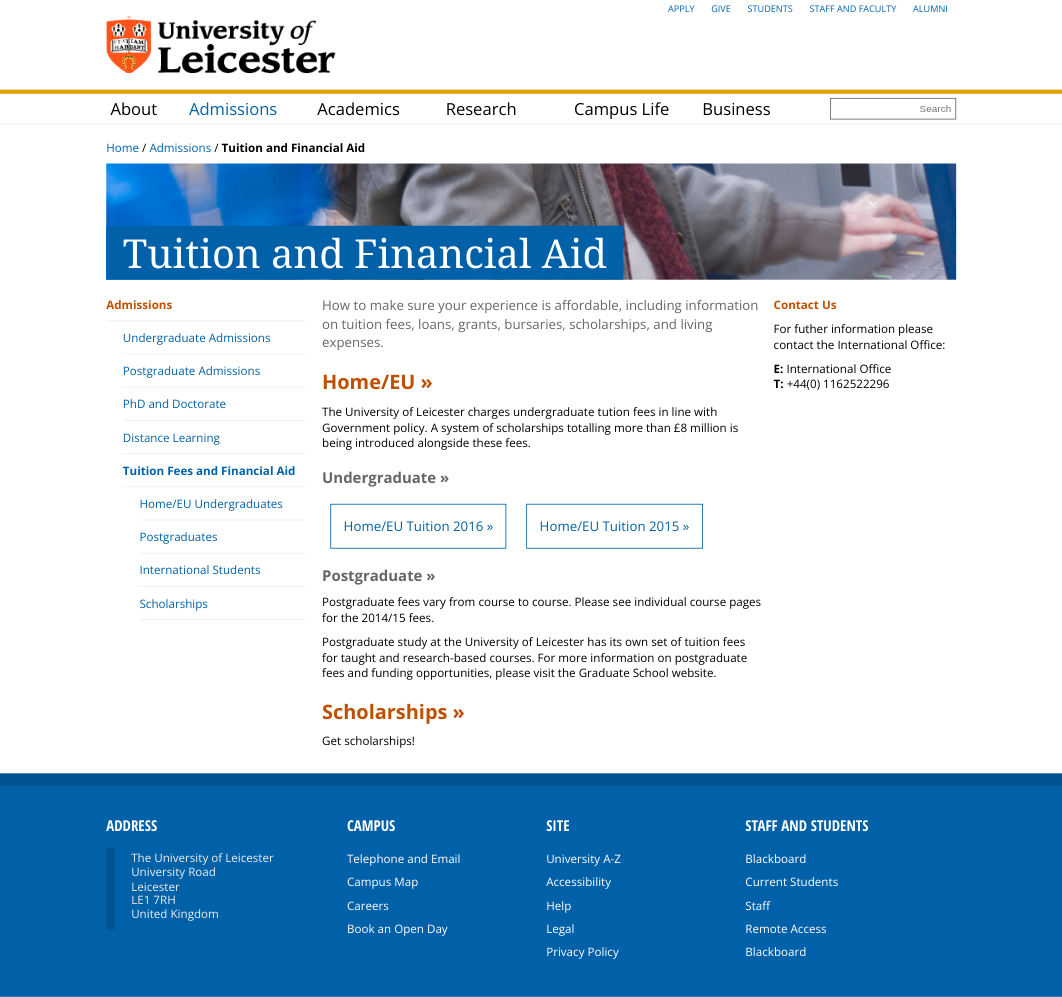
Repository: vqdo/leicester-redesign
Page: costs.html
The author's editor kept a record of every edit. The page is drawn from the files as they stood at one moment, then again after the next edit.
The browser window is 1280 px wide. The pictures show the whole page, at 83% of full size.
Some web libraries are served in a nearby version.

Above is the page before.

After the next edit:
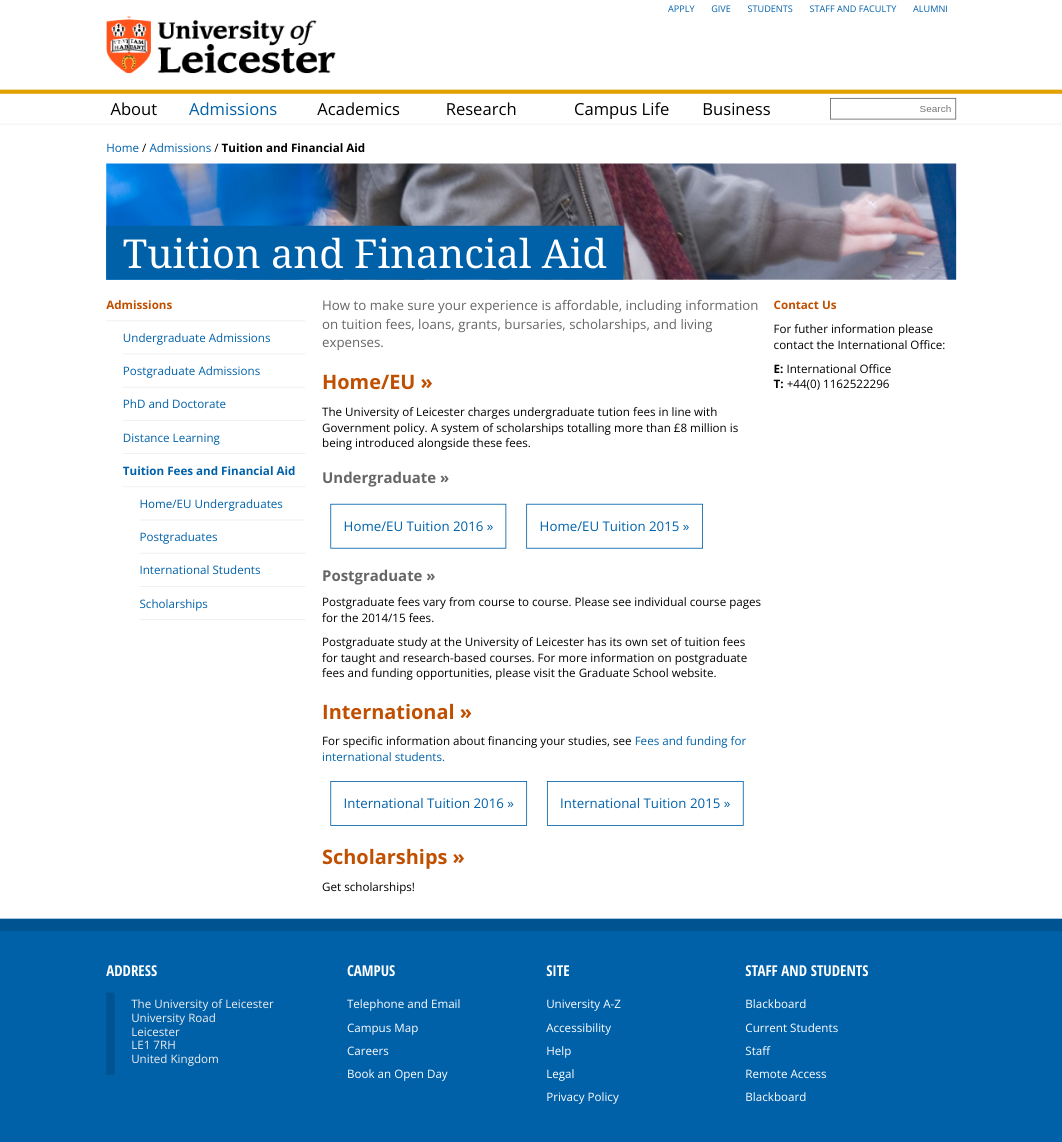
The edit:
--- a/costs.html
+++ b/costs.html
@@ -138,6 +138,11 @@
                         <p>Postgraduate fees vary from course to course. Please see individual course pages for the 2014/15 fees.</p>
 
                         <p>Postgraduate study at the University of Leicester has its own set of tuition fees for taught and research-based courses. For more information on postgraduate fees and funding opportunities, please visit the Graduate School website.</p>
+
+                    <h2><a href="international.html">International &raquo;</a></h2>
+                    <p>For specific information about financing your studies, see <a href="international.html">Fees and funding for international students.</a></p>
+                        <a class="box-link" href="/"><span>International Tuition 2016 &raquo;</span></a>
+                        <a class="box-link" href="/"><span>International Tuition 2015 &raquo;</span></a>
                     <h2><a href="/">Scholarships &raquo;</a></h2>
                     <p>Get scholarships!</p>
                 </div>
